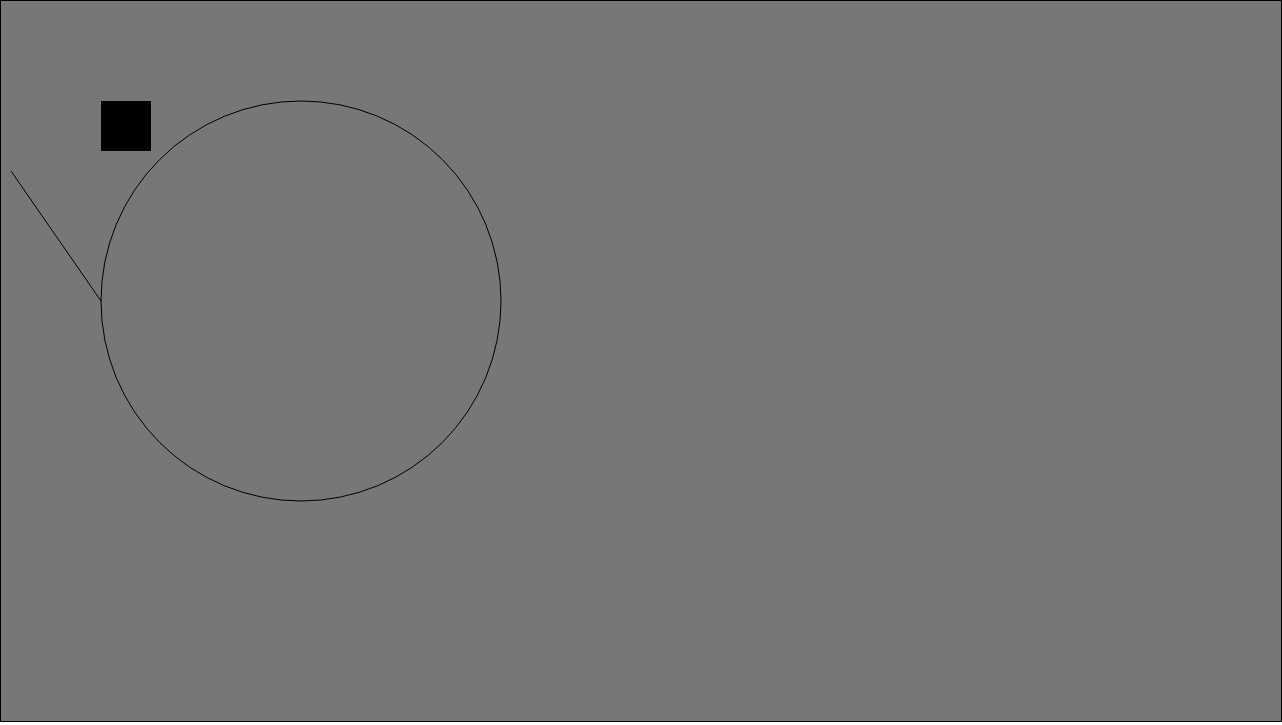
Repository: tenlekdan/particle-effect
Page: inidex.html
An editor plug-in stored every save of this project. The page is shown before and after the next save, followed by the edit.
The browser window is 1280 px wide. The page is 1282 px wide, so the pictures cover 1282 px, including what lies to the right of the window. The pictures show the whole page.

Above is the page before, as saved 2019-12-26 14:50:39.

### inidex.html
<!DOCTYPE html>
<html lang="en">

<head>
    <meta charset="UTF-8">
    <meta name="viewport" content="width=device-width, initial-scale=1.0">
    <meta http-equiv="X-UA-Compatible" content="ie=edge">
    <title>Document</title>
    <style type="text/css">
        *{
            margin: 0;
            padding: 0;
            box-sizing: inherit;
        }
        html{
            font-size: 60.2%;
        }

        body{
            font-size: 1rem;
            font-family: 'Courier New', Courier, monospace;
            box-sizing: border-box;
        }
        canvas {
            border: solid 1px;
            background-color: #777;
        }
    </style>
</head>

<body>
    <canvas></canvas>

    <script src="canvas.js"></script>

</body>

</html>

### canvas.js


(function () {
    var canvas = document.querySelector('canvas');

    canvas.width = window.innerWidth;
    canvas.height = window.innerHeight;

    var c = canvas.getContext('2d');
    // c.fillRect(x, y, width, height);
    c.fillRect(100, 100, 50, 50);

    // lines
    c.beginPath();
    c.moveTo(10, 170);
    c.lineTo(100, 300);
    c.stroke();

    c.beginPath();
    c.arc(300, 300, 200, 0, Math.PI * 2, false);
    c.stroke();
})();

After the next save:
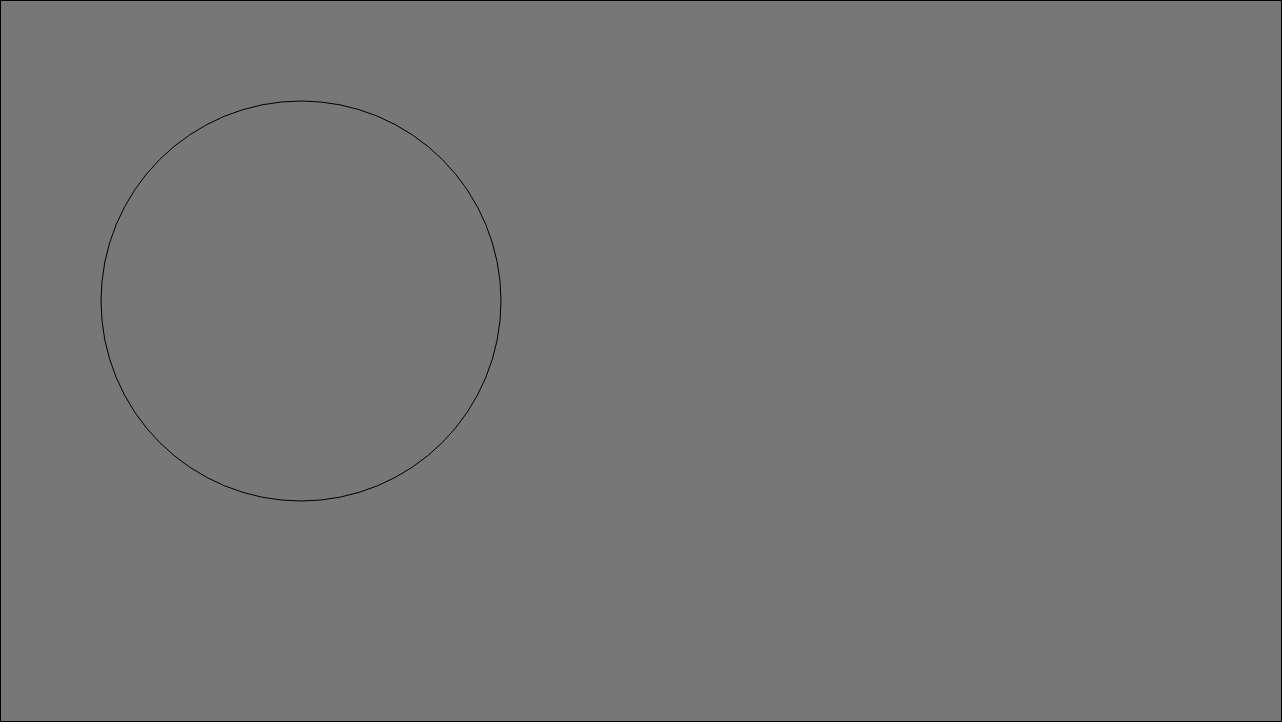
Saved 45 min 42 s later.
--- a/canvas.js
+++ b/canvas.js
@@ -8,15 +8,17 @@
 
     var c = canvas.getContext('2d');
     // c.fillRect(x, y, width, height);
-    c.fillRect(100, 100, 50, 50);
+    // c.fillRect(100, 100, 50, 50);
 
-    // lines
-    c.beginPath();
-    c.moveTo(10, 170);
-    c.lineTo(100, 300);
-    c.stroke();
+    // // lines
+    // c.beginPath();
+    // c.moveTo(10, 170);
+    // c.lineTo(100, 300);
+    // c.stroke();
 
     c.beginPath();
     c.arc(300, 300, 200, 0, Math.PI * 2, false);
     c.stroke();
+
+
 })();
